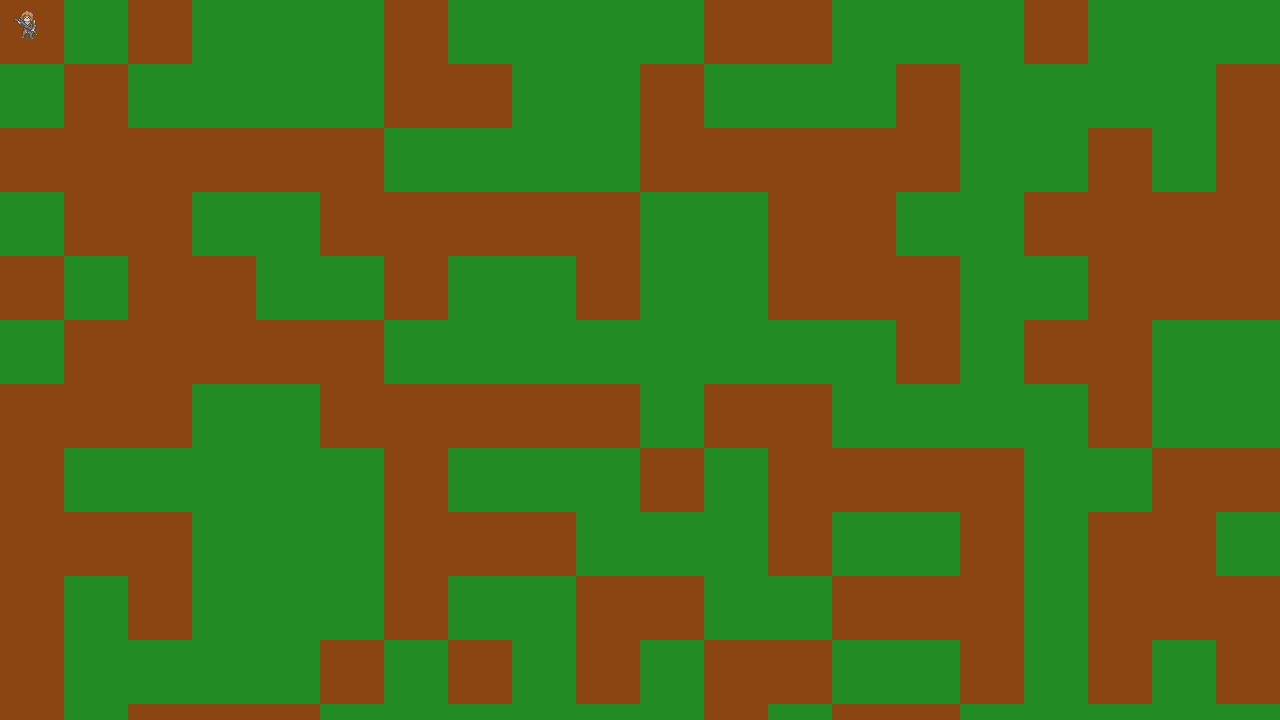
Repository: Poples/Bootdev-Hackathon
Script's output: python main.py
These files come from the project's save history. The script's output is drawn as it stood at one moment and after the next save; the edit follows.
The window is shown after at most 60 frames with no key pressed. Random numbers start from a fixed seed. It also reads assets/PlayerSprite.png.

Above is the script's output before, as saved 2025-07-26 17:42:47.

After the next save:
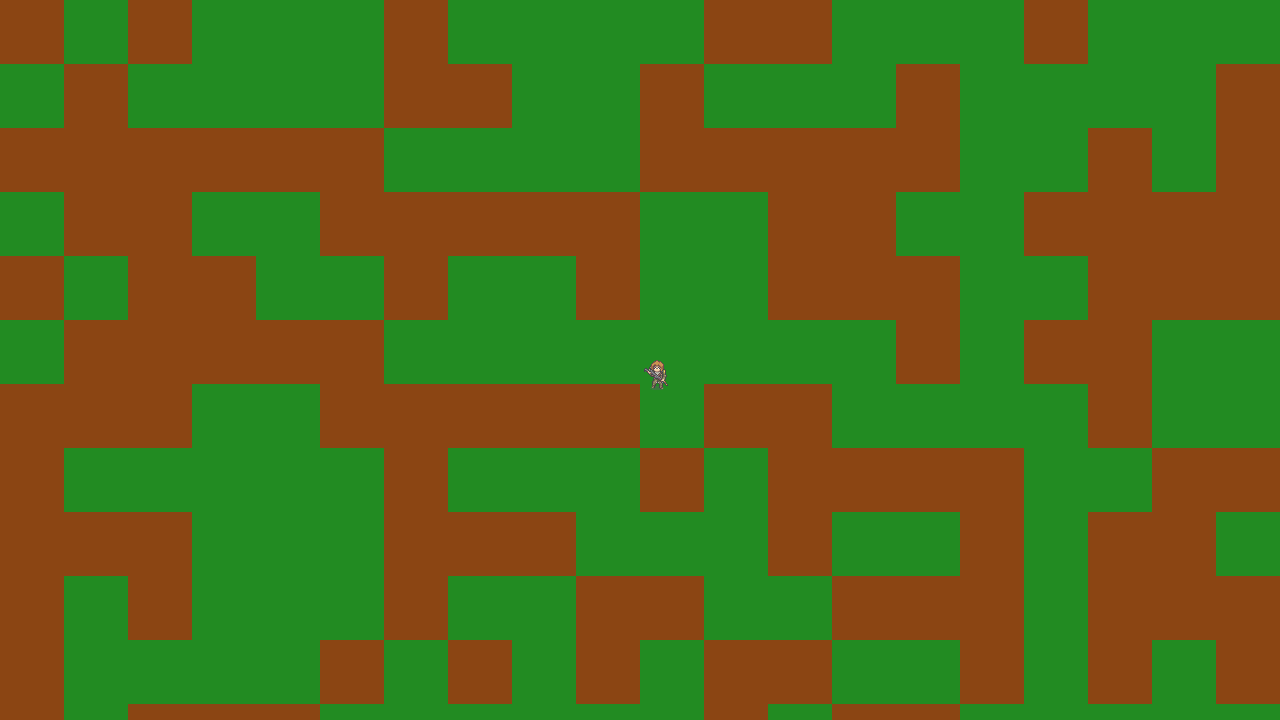
Saved 58 s later.
--- a/main.py
+++ b/main.py
@@ -14,9 +14,6 @@
 TILE_SIZE = 64
 tile_colors = {0: (34, 139, 34), 1: (139, 69, 19)}
 
-map_width = len(tile_map[0]) * TILE_SIZE
-map_height = len(tile_map) * TILE_SIZE
-map_center = (TILE_MAP_SIZE // 2, TILE_MAP_SIZE // 2)
 
 def draw_tile_map(screen, tile_map):
     for row_index, row in enumerate(tile_map):
@@ -76,7 +73,7 @@ class Zombie(Unit):
 
 player_start_pos = [screen.get_width() / 2, screen.get_height() / 2]
 player_speed = 100
-player = Player("Jared", 100, 2, 2, player_speed, map_center[0], map_center[1], 1)
+player = Player("Jared", 100, 2, 2, player_speed, player_start_pos[0], player_start_pos[1], 1)
 
 while running:
     # poll for events
